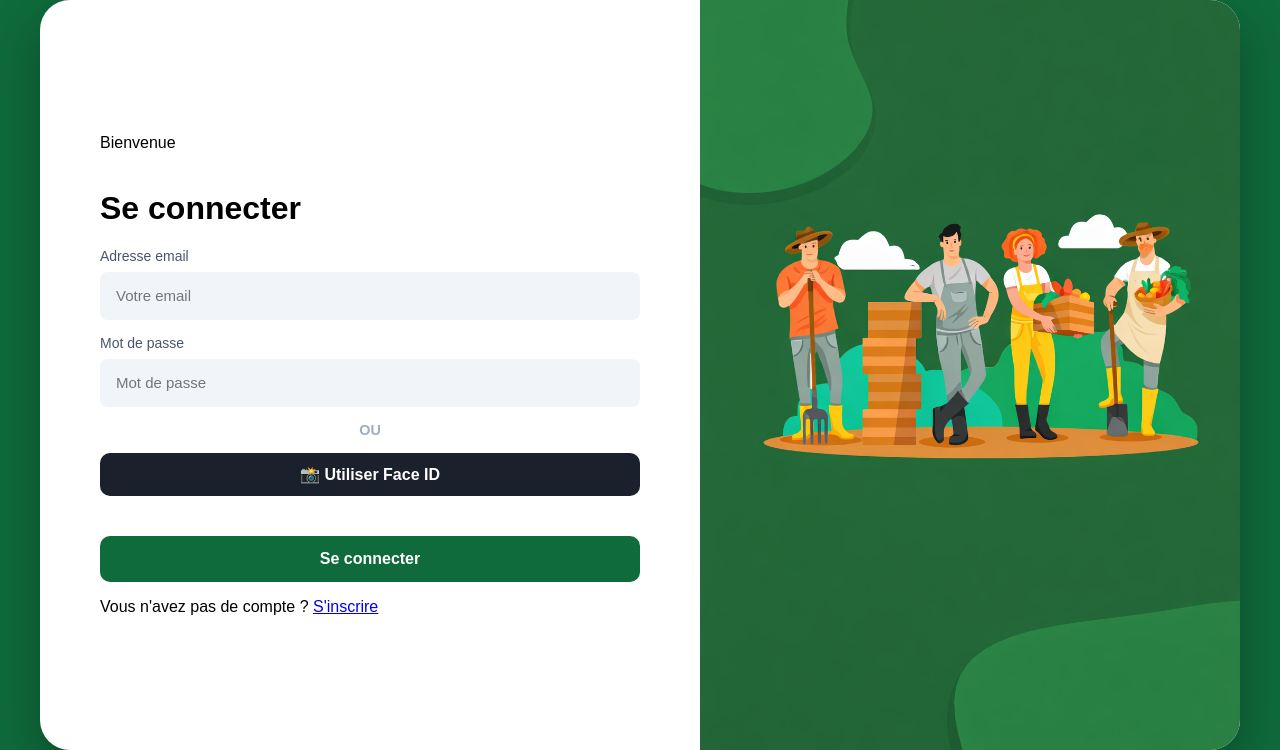
Repository: mohamed-55l/Esprit-PIDEV-3A37-2526-Agrimans
Page: templates/login/Login.html.twig
The author's editor kept a copy of each file at every save. The page is drawn from the files as they stood at one save, then again after the next save.
The browser window is 1280 px wide. The pictures show the whole page.
The page is a Twig template of a Symfony application; nobody is signed in and links lead nowhere. Style sheets and scripts are compiled from the project's sources, by tool versions that may differ from the author's. The template is opened directly, without the code that normally fills it, so the values that code supplies are empty.

Above is the page before, as saved 2026-04-26 17:18:49.

### templates/login/Login.html.twig
<!DOCTYPE html>
<html>
<head>
    <meta charset="UTF-8">
    <title>AGRI Samir - Login</title>
    <link rel="stylesheet" href="{{ asset('styles/login.css') }}">

    <!-- reCAPTCHA activé -->
    <script src="https://www.google.com/recaptcha/api.js" async defer></script>
    <style>
        .face-capture-zone { text-align: center; background: #f8fafc; padding: 15px; border-radius: 10px; border: 2px solid #e2e8f0; margin-bottom: 20px; display: none; }
        .video-container { position: relative; display: inline-block; width: 100%; max-width: 320px; height: 240px; border-radius: 12px; overflow: hidden; background: #000; }
        #video { width: 100%; height: 100%; object-fit: cover; transform: scaleX(-1); }
        #overlay { position: absolute; top: 0; left: 0; width: 100%; height: 100%; pointer-events: none; transform: scaleX(-1); }
        .status-badge { display: inline-block; padding: 5px 12px; border-radius: 20px; font-size: 12px; font-weight: bold; margin-top: 10px; background: #edf2f7; }
        .btn-face { width: 100%; background: #1a202c; color: white; padding: 12px; border: none; border-radius: 10px; font-size: 1rem; cursor: pointer; margin-bottom: 10px; font-weight: bold; transition: all 0.3s; }
        .btn-face:hover { background: #2d3748; }
        .separator { text-align: center; margin: 15px 0; color: #a0aec0; font-size: 0.9rem; font-weight: bold; }
    </style>
</head>
<body>

<div class="app-container">

    <div class="main-card">

        <!-- LEFT LOGIN -->
        <div class="login-box">

            <p class="welcome">Bienvenue</p>
            <h1>Se connecter</h1>

            <form method="post">

                <label>Adresse email</label>
                <input type="email" name="email" placeholder="Votre email" required>

                <label>Mot de passe</label>
                <input type="password" name="password" placeholder="Mot de passe">

                <div class="separator">OU</div>

                <button type="button" id="btn-show-face" class="btn-face">📸 Utiliser Face ID</button>

                <div id="face-capture-container" class="face-capture-zone">
                    <div class="video-container">
                        <video id="video" autoplay muted></video>
                        <canvas id="overlay"></canvas>
                    </div>
                    <div><span id="scan-status" class="status-badge">Initialisation AI...</span></div>
                    <button type="button" id="btn-scan" class="btn-face" style="margin-top:10px; background:#0f6b3b;">
                        Analyser mon visage
                    </button>
                </div>

                <input type="hidden" name="face_descriptor" id="face_descriptor">

                <!-- reCAPTCHA activé -->
                <div class="g-recaptcha" data-sitekey="{{ recaptcha_site_key }}"></div>

                {% if error %}
                    <p class="error">{{ error }}</p>
                {% endif %}

                <button type="submit" class="btn-login">Se connecter</button>

            </form>

            <p class="register">
                Vous n'avez pas de compte ?
                <a href="{{ path('app_register') }}">S'inscrire</a>
            </p>

        </div>

        <!-- RIGHT IMAGE -->
        <div class="image-box">
            <img src="{{ asset('images/login.png') }}" alt="login image">
        </div>

    </div>

</div>

<script src="{{ asset('js/face-api.min.js') }}"></script>
<script>
    const btnShowFace = document.getElementById('btn-show-face');
    const faceContainer = document.getElementById('face-capture-container');
    const video = document.getElementById('video');
    const canvas = document.getElementById('overlay');
    const statusText = document.getElementById('scan-status');
    const btnScan = document.getElementById('btn-scan');
    const descriptorInput = document.getElementById('face_descriptor');
    let trackingInterval;

    btnShowFace.addEventListener('click', () => {
        faceContainer.style.display = 'block';
        btnShowFace.style.display = 'none';
        initFaceID();
    });

    async function initFaceID() {
        try {
            const MODEL_PATH = '/js/models';
            await Promise.all([
                faceapi.nets.ssdMobilenetv1.loadFromUri(MODEL_PATH),
                faceapi.nets.faceLandmark68Net.loadFromUri(MODEL_PATH),
                faceapi.nets.faceRecognitionNet.loadFromUri(MODEL_PATH)
            ]);
            const stream = await navigator.mediaDevices.getUserMedia({ video: {} });
            video.srcObject = stream;
            statusText.innerText = "IA Prête ✅ - Placez votre visage";
            startTracking();
        } catch (err) { statusText.innerText = "Erreur Caméra ❌"; }
    }

    function startTracking() {
        const displaySize = { width: video.clientWidth, height: video.clientHeight };
        faceapi.matchDimensions(canvas, displaySize);
        trackingInterval = setInterval(async () => {
            if(video.paused || video.ended) return;
            const detections = await faceapi.detectAllFaces(video, new faceapi.SsdMobilenetv1Options()).withFaceLandmarks();
            const resized = faceapi.resizeResults(detections, displaySize);
            canvas.getContext('2d').clearRect(0, 0, canvas.width, canvas.height);
            faceapi.draw.drawDetections(canvas, resized);
            faceapi.draw.drawFaceLandmarks(canvas, resized);
        }, 100);
    }

    btnScan.addEventListener('click', async () => {
        statusText.innerText = "Scan en cours... ⏳";
        const detection = await faceapi.detectSingleFace(video, new faceapi.SsdMobilenetv1Options()).withFaceLandmarks().withFaceDescriptor();
        if (detection) {
            descriptorInput.value = JSON.stringify(Array.from(detection.descriptor));
            statusText.innerText = "Visage Identifié ! ✅ - Cliquez sur 'Se connecter'";
            statusText.style.background = "#c6f6d5";
            btnScan.style.background = "#2f855a";
            btnScan.innerText = "✓ Visage Accepté";
            btnScan.disabled = true;
            clearInterval(trackingInterval);
        } else {
            statusText.innerText = "Visage non détecté ❌ - Réessayez";
        }
    });
</script>

</body>
</html>

### assets/styles/login.css
/* login.css */
body {
    background-color: #0f6b3b;
    margin: 0;
    display: flex;
    justify-content: center;
    align-items: center;
    min-height: 100vh;
    font-family: 'Poppins', sans-serif;
}

.main-card {
    width: 1200px;
    height: 750px;
    background: white;
    border-radius: 30px;
    display: flex;
    box-shadow: 0 20px 50px rgba(0,0,0,0.3);
    overflow: hidden;
}

/* جهة الفورم - بيضاء */
.login-box {
    flex: 1; /* تاخد 50% بالضبط */
    padding: 40px 60px;
    display: flex;
    flex-direction: column;
    justify-content: center;
    z-index: 2;
}

/* جهة التصويرة - خضراء */
.image-box {
    flex: 1; /* تاخد 50% بالضبط */
    background: #0f6b3b;
    display: flex;
    align-items: center;
    justify-content: center;
    overflow: hidden;
}

.image-box img {
    width: 100%;
    height: 100%;
    object-fit: cover; /* أهم سطر باش التصويرة ما تخرجش من بلاصتها */
}

/* ستايل الكاميرا */
.face-auth-wrapper {
    text-align: center;
    margin-bottom: 20px;
}

.video-container {
    position: relative;
    width: 260px;
    height: 195px;
    margin: 0 auto;
    border-radius: 15px;
    overflow: hidden;
    border: 3px solid #0f6b3b;
    background: #000;
}

#video { width: 100%; height: 100%; transform: scaleX(-1); }

.status-indicator { font-size: 12px; color: #666; margin-top: 5px; }

/* تنسيق الـ reCAPTCHA */
.g-recaptcha {
    transform: scale(0.85); /* نصغروه شوية باش يجي قد الـ Inputs */
    transform-origin: center;
    margin: 10px 0;
}

/* تنسيق Labels & Inputs */
.login-box form label {
    font-size: 14px;
    color: #4a5568;
    margin-bottom: 8px;
    margin-top: 15px;
    display: block;
    font-weight: 500;
}

.login-box form label:first-of-type {
    margin-top: 0;
}

.login-box form input[type="email"],
.login-box form input[type="password"] {
    width: 100%;
    height: 48px;
    padding: 10px 15px;
    background-color: #f1f5f9;
    border: 1px solid transparent;
    border-radius: 8px;
    font-size: 15px;
    outline: none;
    transition: all 0.3s ease;
    box-sizing: border-box;
}

.login-box form input[type="email"]:focus,
.login-box form input[type="password"]:focus {
    border: 1px solid #16774c;
    background-color: #ffffff;
}

.btn-login {
    width: 100%;
    padding: 14px;
    border-radius: 10px;
    border: none;
    font-weight: bold;
    font-size: 16px;
    color: white;
    background-color: #0f6b3b;
    cursor: pointer;
    transition: 0.3s;
    margin-top: 20px;
}

.btn-login:hover {
    background-color: #0d5530;
    transform: translateY(-2px);
    box-shadow: 0 5px 15px rgba(15, 107, 59, 0.3);
}

Loaded but not shown: public/js/face-api.min.js (library)

After the next save:
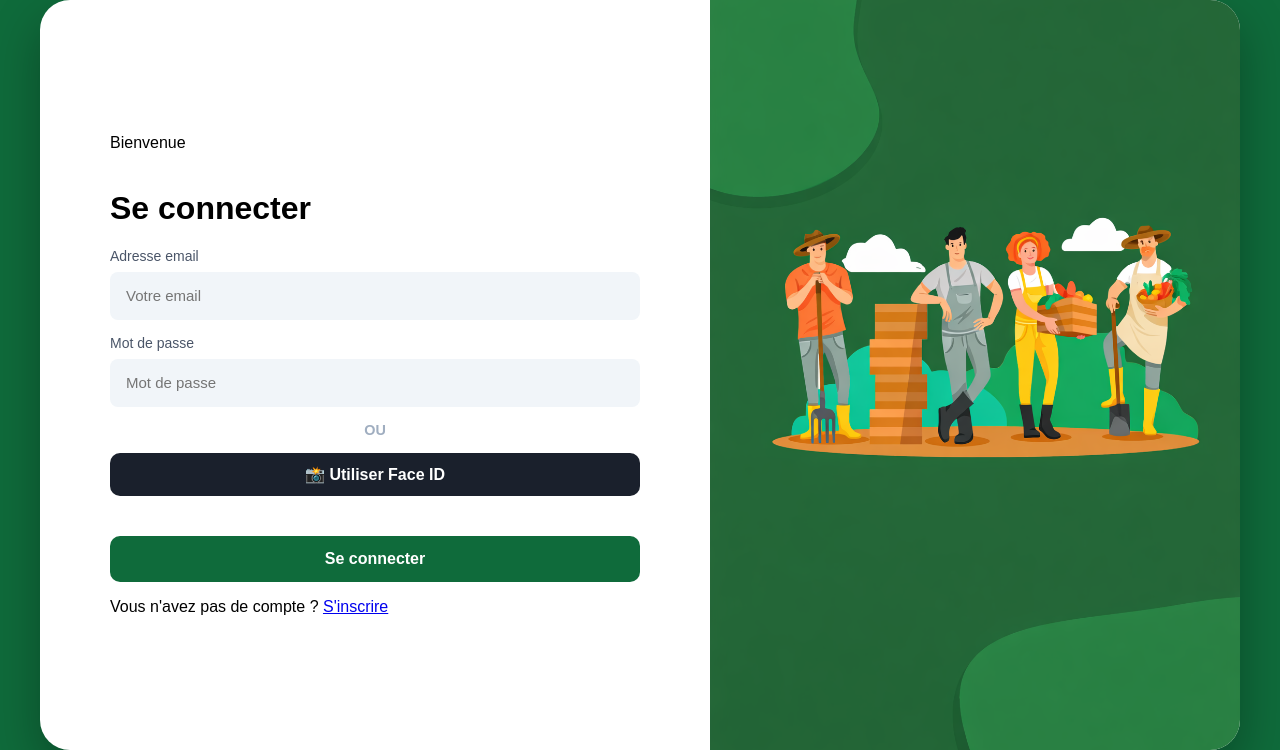
Saved 5 s later.
--- a/assets/styles/login.css
+++ b/assets/styles/login.css
@@ -21,8 +21,8 @@ body {
 
 /* جهة الفورم - بيضاء */
 .login-box {
-    flex: 1; /* تاخد 50% بالضبط */
-    padding: 40px 60px;
+    flex: 1;
+    padding: 50px 70px;
     display: flex;
     flex-direction: column;
     justify-content: center;
